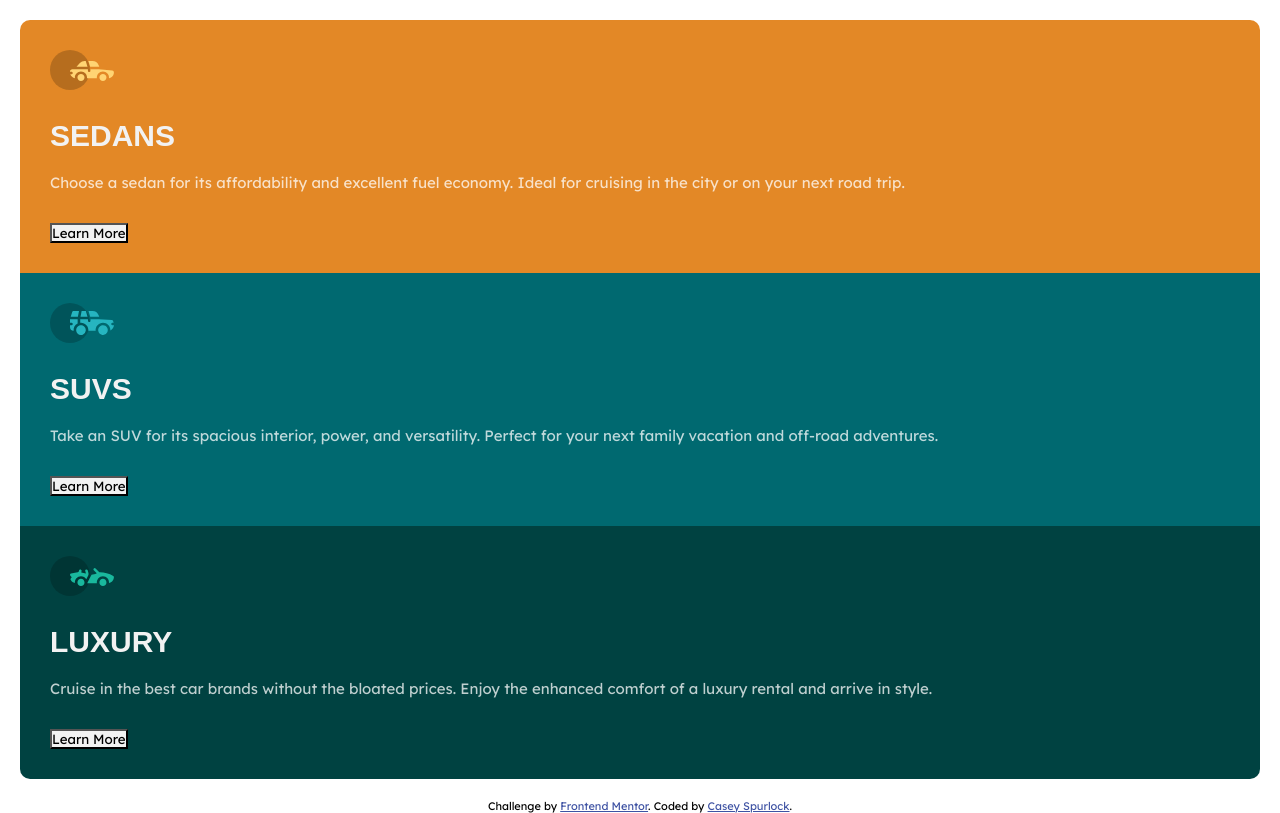
Repository: CaseySpurlock/3-column-preview-card-component-main
Page: index.html
An editor plug-in stored every save of this project. The page is shown before and after the next save, followed by the edit.
The browser window is 1280 px wide. The pictures show the whole page.

Above is the page before, as saved 2021-06-23 10:38:35.

### index.html
<!DOCTYPE html>
<html lang="en">
<head>
  <meta charset="UTF-8">
  <meta name="viewport" content="width=device-width, initial-scale=1.0"> <!-- displays site properly based on user's device -->

  <link rel="icon" type="image/png" sizes="32x32" href="./images/favicon-32x32.png">

  <title>Frontend Mentor | 3-column preview card component</title>

  <!-- Stylesheets -->
  <link rel="stylesheet" href="style.css">
  <link rel="preconnect" href="https://fonts.googleapis.com">
  <link rel="preconnect" href="https://fonts.gstatic.com" crossorigin>
  <link href="https://fonts.googleapis.com/css2?family=Big+Shoulders+Display:wght@700&family=Lexend+Deca&display=swap" rel="stylesheet">
</head>


<body>
  <div class="container">
    <div class="card bright-orange">
      <img src="./images/icon-sedans.svg" alt="sedan img">
      <h3>Sedans</h3>
      <p>Choose a sedan for its affordability and excellent fuel economy. Ideal for cruising in the city
        or on your next road trip.</p>
        <button class="btn">Learn More</button>
    </div>

    <div class="card dark-cyan">
      <img src="./images/icon-suvs.svg" alt="suv img">
      <h3>SUVs</h3>
      <p>Take an SUV for its spacious interior, power, and versatility. Perfect for your next family vacation
        and off-road adventures.</p>
        <button class="btn">Learn More</button>
    </div>

    <div class="card very-dark-cyan">
      <img src="./images/icon-luxury.svg" alt="luxury img">
      <h3>Luxury</h3>
      <p>Cruise in the best car brands without the bloated prices. Enjoy the enhanced comfort of a luxury
      rental and arrive in style.</p>
      <button class="btn">Learn More</button>
    </div>
  </div>

  <footer>
    <div class="attribution">
      Challenge by <a href="https://www.frontendmentor.io?ref=challenge" target="_blank">Frontend Mentor</a>.
      Coded by <a href="https://csgc86.myportfolio.com/" target="_blank">Casey Spurlock</a>.
    </div>
  </footer>
</body>
</html>

### style.css
* {
    margin: 0;
    padding: 0;
    box-sizing: border-box;
}

body, button {
    font-family: "Lexend deca", sans-serif;
}

h3 {
    font-family: "Big Shoilders Display", sans-serif;
    text-transform: uppercase;
    font-size: 30px;
}

p {
    color: hsla(0, 0%, 100%, 0.75);
    font-size: 15px;
}

.bright-orange {
    background-color: hsl(31, 77%, 52%);
    border-radius: 10px 10px 0 0;
}

.dark-cyan {
    background-color: hsl(184, 100%, 22%);
}

.very-dark-cyan {
    background-color: hsl(179, 100%, 13%);
    border-radius: 0 0 10px 10px;
}

.container {
    padding: 20px;
}

.card {
    padding: 30px;

}

.card img {
    margin-bottom: 25px;
}

.card h3 {
    color: hsl(0, 0%, 95%);
    margin-bottom: 20px;
}

.card p {
    margin-bottom: 30px;
}

.btn {
    background-color: hsl(0, 0%, 95%);
}


.attribution {
    font-size: 11px;
    text-align: center;
}

.attribution a {
    color: hsl(228, 45%, 44%);
}

After the next save:
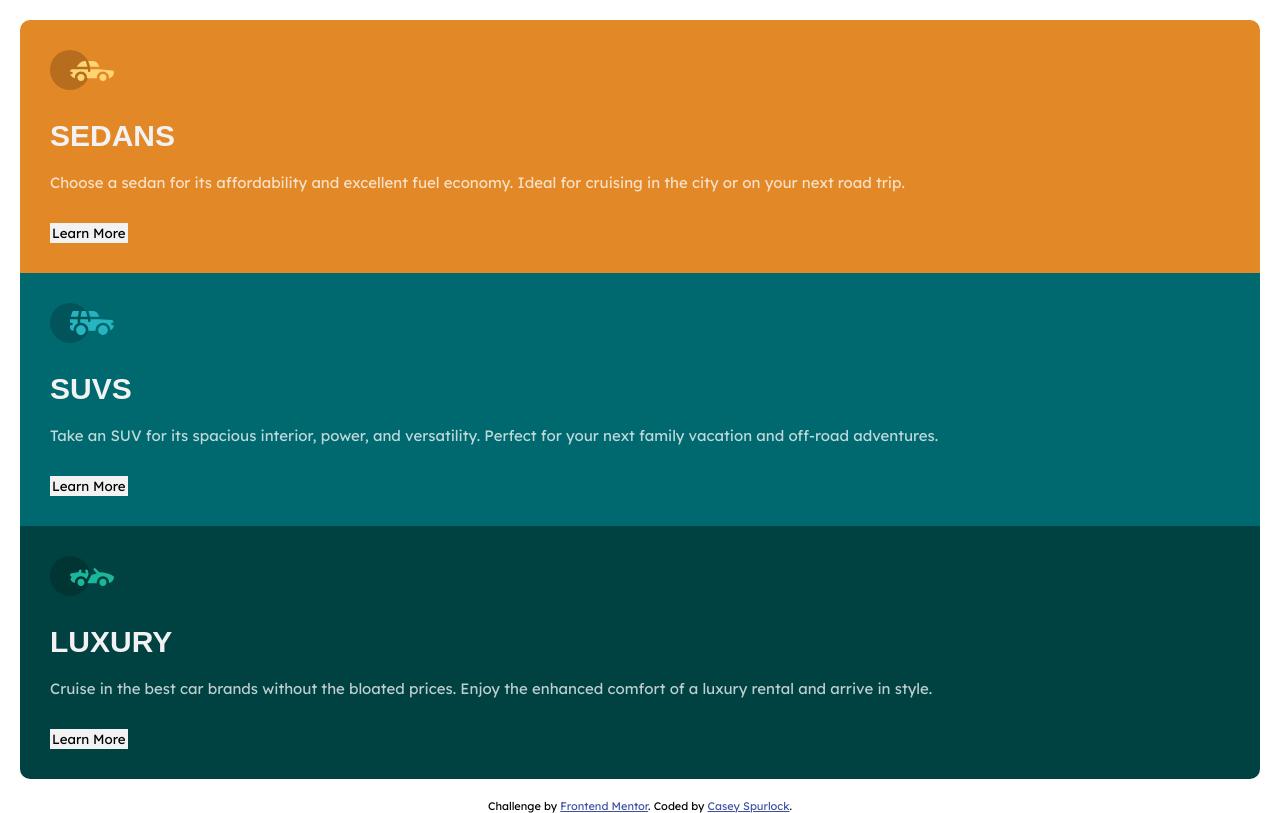
Saved 101 s later.
--- a/style.css
+++ b/style.css
@@ -57,6 +57,7 @@
 
 .btn {
     background-color: hsl(0, 0%, 95%);
+    border: 2px solid hsl(0, 0%, 95%);
 }
 
 
